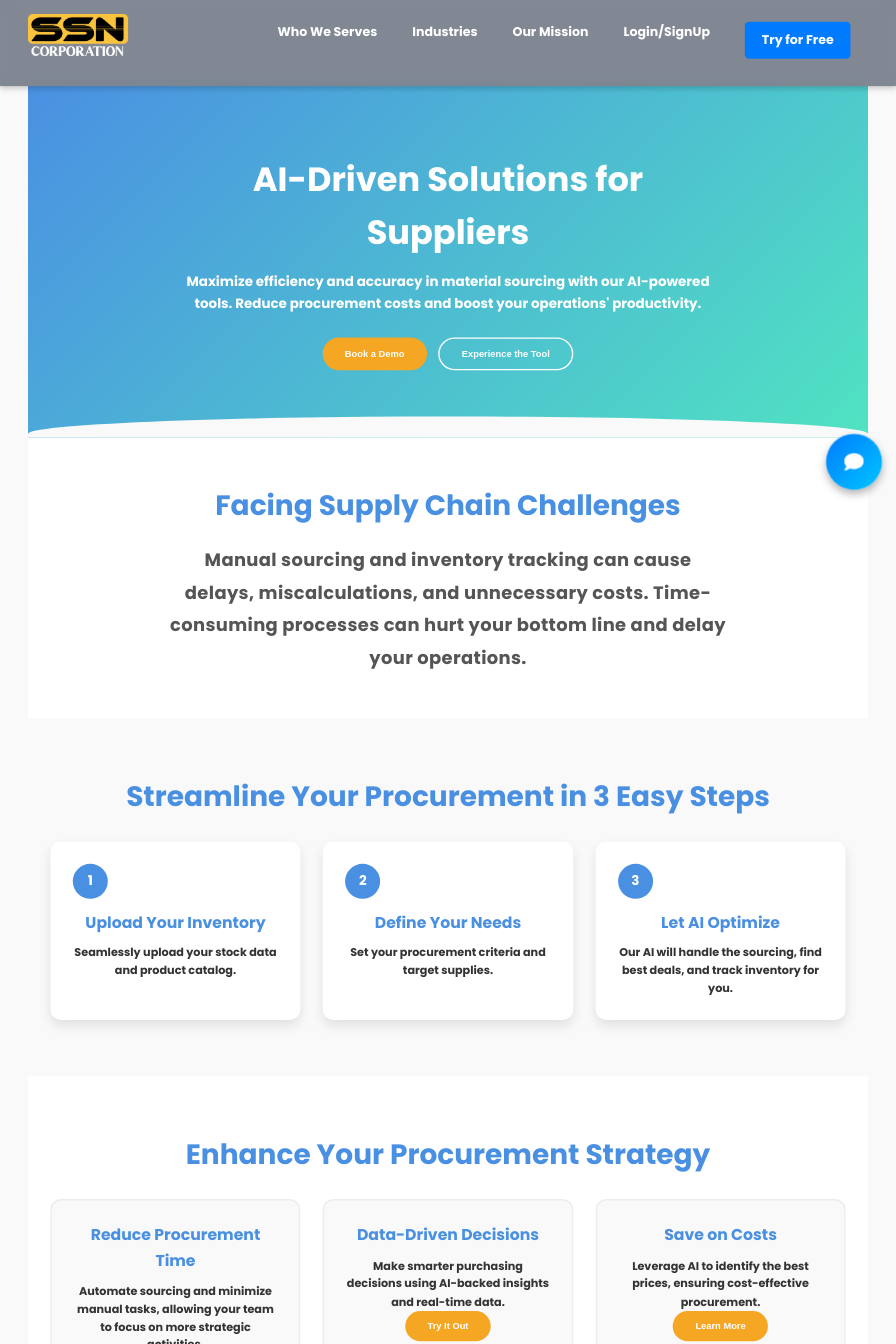
Repository: aabhashbasnet/SSNCorporation
Page: /who-we-serve/suppliers
These files come from the project's save history. The page is drawn as it stood at one moment and after the next save; the edit follows.
The browser window is 1280 px wide. The pictures show the part of the page from y = 0 to 1920 px (the page is 3187 px tall), at 70% of full size.
The project was rebuilt for these pictures with package versions that can differ from the ones it lists, and the page was loaded fresh each time. Also part of the build but not shown: src/components/Main/Main.jsx, src/components/Working/Working.css, src/components/Working/Working.jsx, src/components/Footer/Footer.jsx, src/pages/OurMission/OurMission.jsx, src/pages/LoginSignUp/LoginSignUp.css, src/pages/LoginSignUp/LoginSignUp.jsx, src/pages/Industries/Industries.jsx and 12 more.

Above is the page before, as saved 2025-02-11 13:02:17.

After the next save:
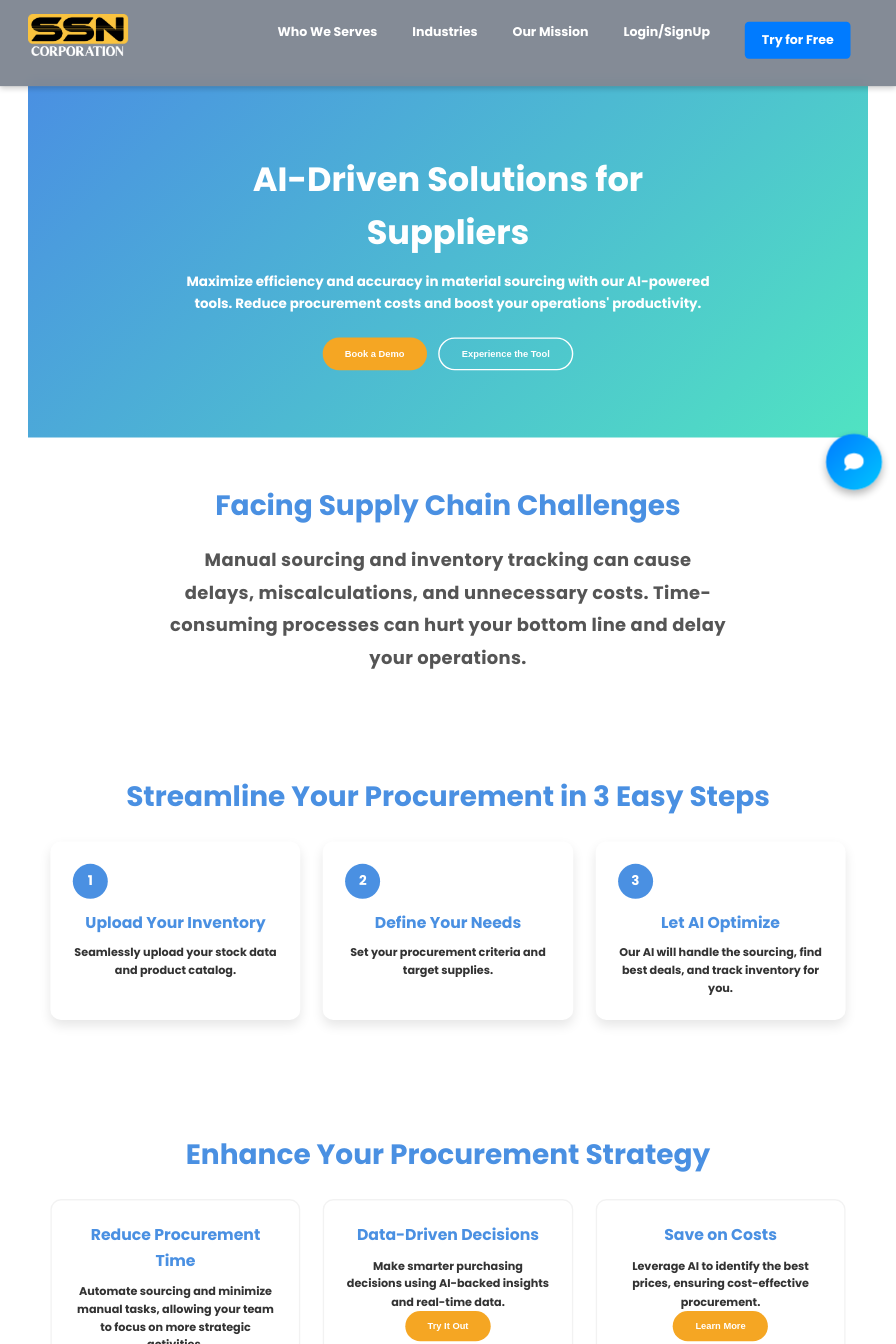
Saved 5 s later.
--- a/src/pages/WhoWeServe/Suppliers.css
+++ b/src/pages/WhoWeServe/Suppliers.css
@@ -7,7 +7,7 @@
     --accent-color: #f5a623;        /* A warm accent (orange-ish) */
     --text-color: #333333;          /* Dark text */
     --light-text: #ffffff;          /* Light text for dark backgrounds */
-    --bg-color: #f9f9f9;
+
     --card-bg: #ffffff;             /* Card background */
     --transition: all 0.3s ease;
   }

After the save that followed:
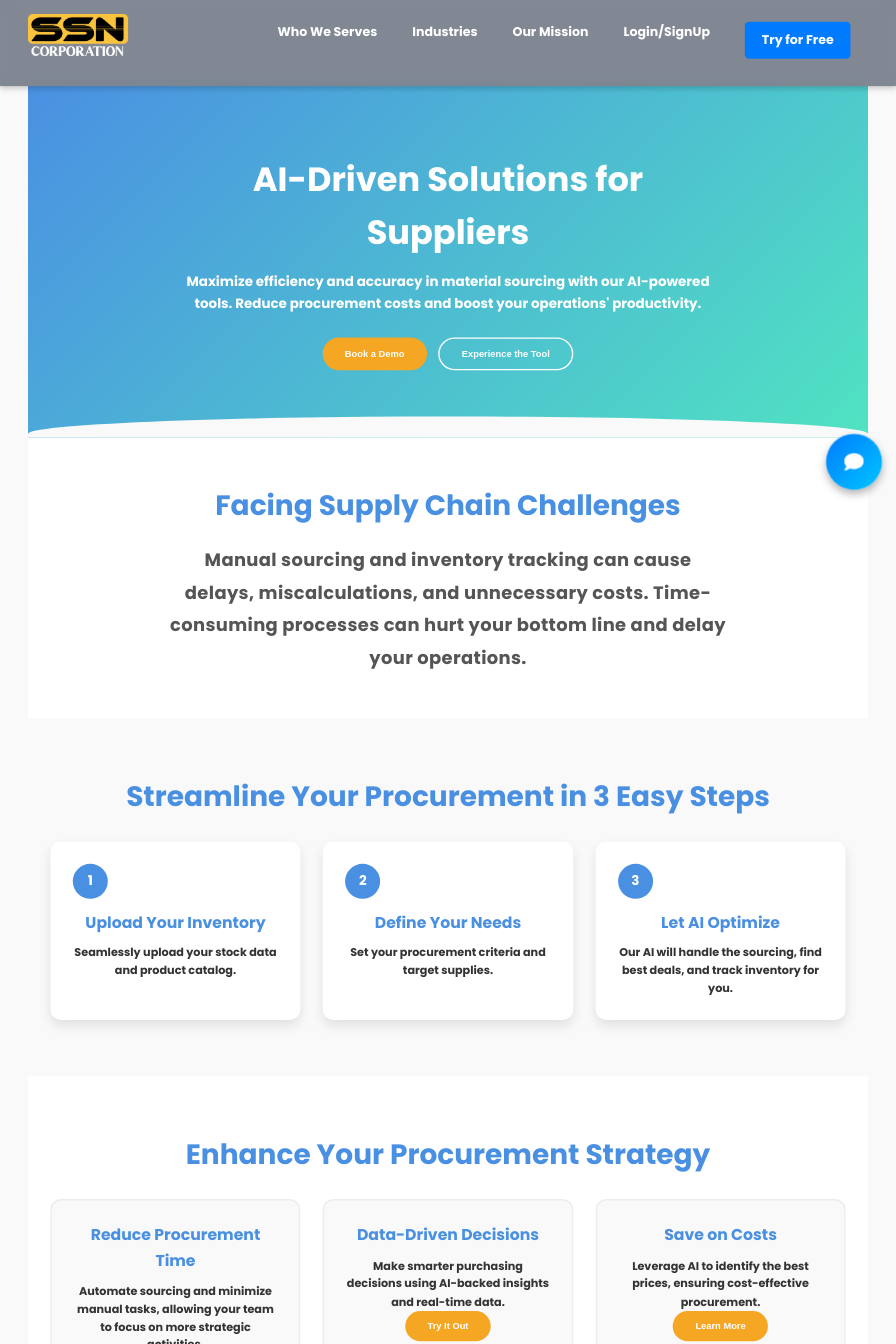
Saved 8 s later.
--- a/src/pages/WhoWeServe/Suppliers.css
+++ b/src/pages/WhoWeServe/Suppliers.css
@@ -7,7 +7,7 @@
     --accent-color: #f5a623;        /* A warm accent (orange-ish) */
     --text-color: #333333;          /* Dark text */
     --light-text: #ffffff;          /* Light text for dark backgrounds */
-
+    --bg-color: #f9f9f9;
     --card-bg: #ffffff;             /* Card background */
     --transition: all 0.3s ease;
   }
